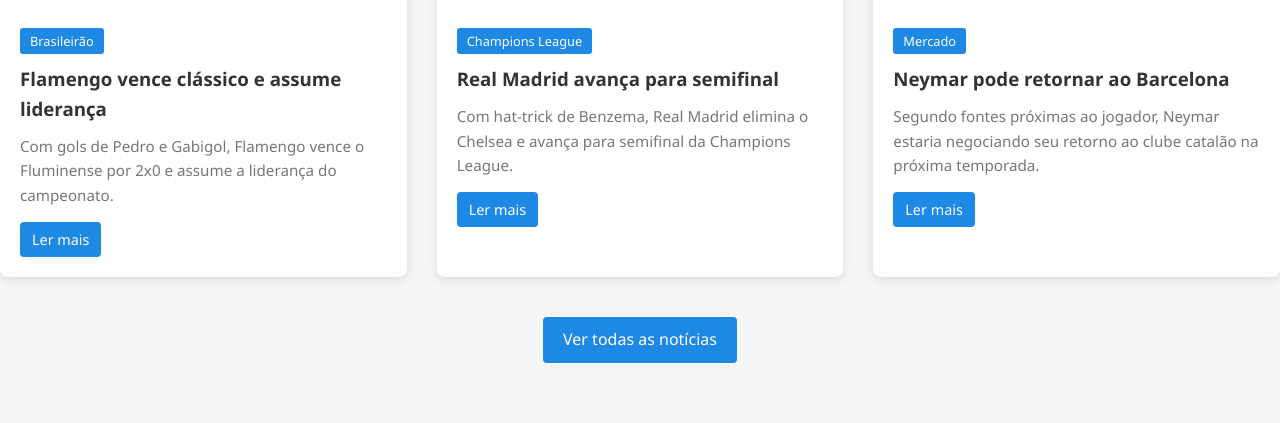
Repository: andreGattermeyer/noticias-futebol-angular
Page: / (app in projeto-fut/)
An editor plug-in stored every save of this project. The page is shown before and after a run of saves, followed by the edit.
The browser window is 1280 px wide. The pictures show the part of the page from y = 1542 to 2352 px (the page is 1965 px tall before and 2352 px after).
The project was rebuilt for these pictures with package versions that can differ from the ones it lists, and the page was loaded fresh each time. Also part of the build but not shown: projeto-fut/angular.json, projeto-fut/src/app/campeonatos-destaque/campeonatos-destaque.component.ts, projeto-fut/src/app/partidas/partidas.component.ts.

Above is the page before, as saved 2025-04-09 18:43:07.

After the next 2 saves:
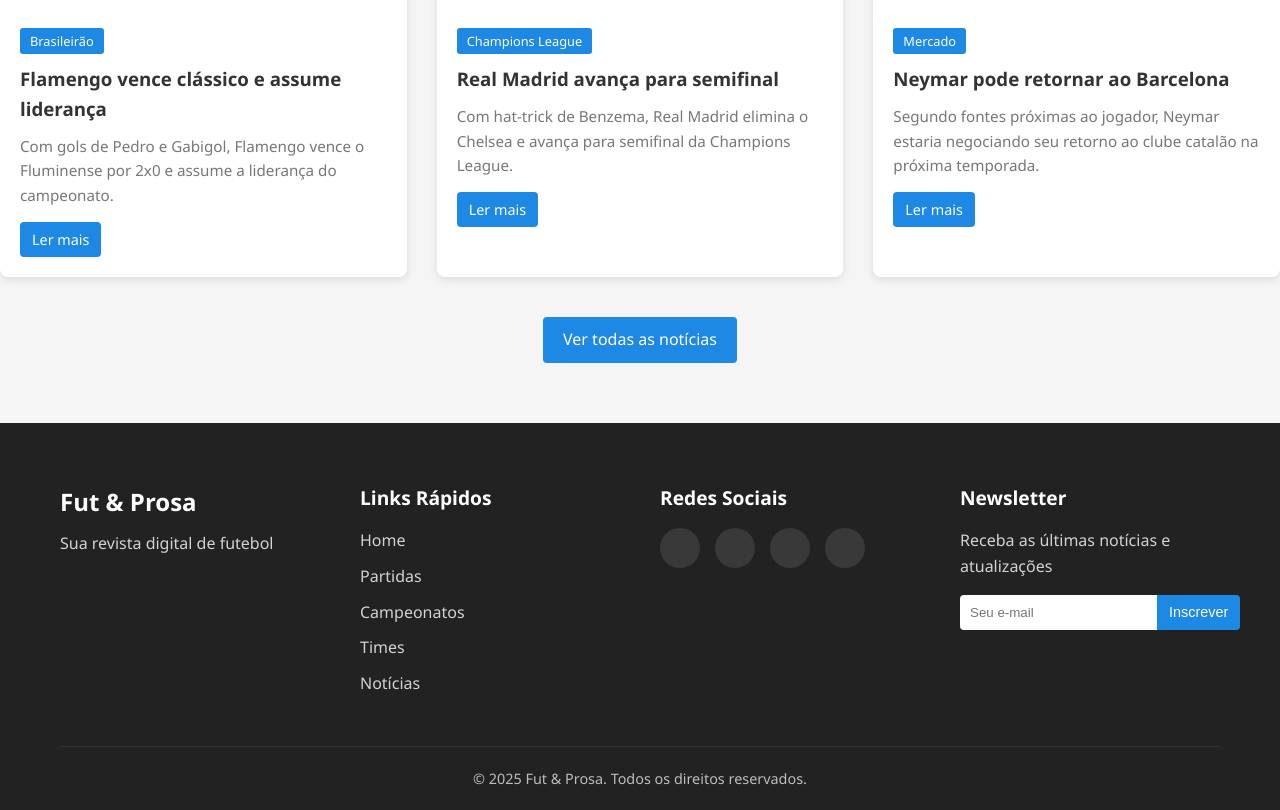
The 2 saves are shown as one change because 1 did not build or start.
The last was saved 9 s later.
--- a/projeto-fut/src/app/home/home.component.ts
+++ b/projeto-fut/src/app/home/home.component.ts
@@ -3,10 +3,11 @@
 import { PartidasHojeComponent } from "../partidas-hoje/partidas-hoje.component";
 import { HeroComponent } from "../hero/hero.component";
 import { NoticiasRecentesComponent } from "../noticias-recentes/noticias-recentes.component";
+import { FooterComponent } from "../footer/footer.component";
 
 @Component({
   selector: 'app-home',
-  imports: [HeaderComponent, PartidasHojeComponent, HeroComponent, NoticiasRecentesComponent],
+  imports: [HeaderComponent, PartidasHojeComponent, HeroComponent, NoticiasRecentesComponent, FooterComponent],
   templateUrl: './home.component.html',
   styleUrl: './home.component.css'
 })
--- a/projeto-fut/src/app/home/home.component.html
+++ b/projeto-fut/src/app/home/home.component.html
@@ -2,3 +2,4 @@
 <app-hero></app-hero>
 <app-partidas-hoje></app-partidas-hoje>
 <app-noticias-recentes></app-noticias-recentes>
+<app-footer></app-footer>
